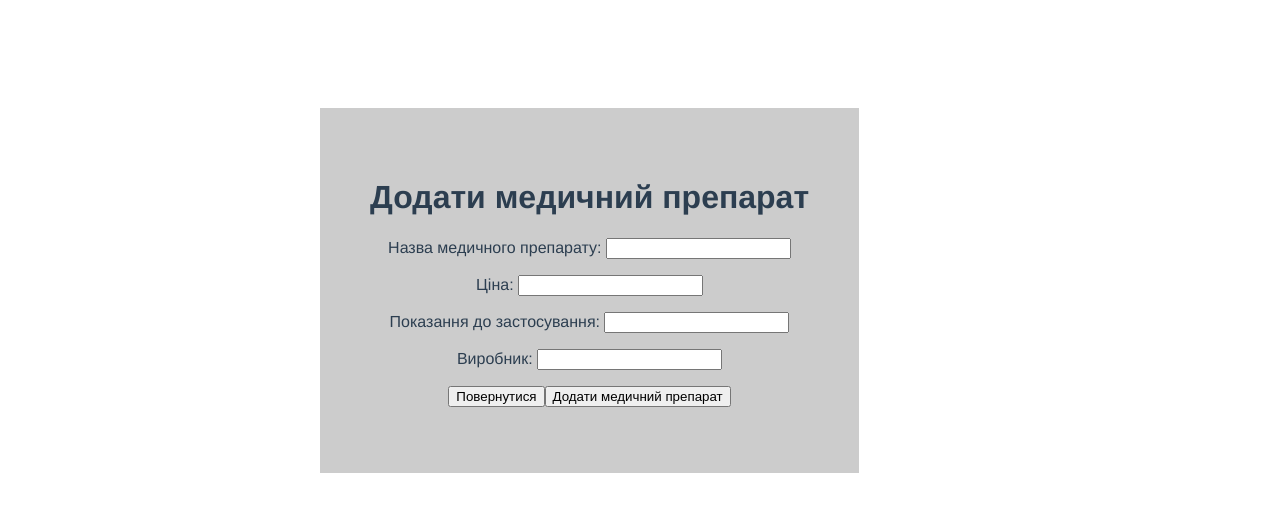
Repository: kristinap8/pharmacy
Page: /add_medicine
An editor plug-in stored every save of this project. The page is shown before and after the next save, followed by the edit.
The browser window is 1280 px wide. The pictures show the whole page.
The project was rebuilt for these pictures with package versions that can differ from the ones it lists, and the page was loaded fresh each time. Also part of the build but not shown: src/components/EditMedicineForm/index.vue, src/pages/EditMedicine/index.vue, src/components/MedicinesList/MedicineCard/index.vue, src/components/MedicinesList/index.vue, src/pages/AllMedicines/index.vue, src/components/CartForm/index.vue, src/pages/Cart/index.vue.

Above is the page before, as saved 2020-12-09 23:43:02.

### src/main.js
import Vue from 'vue'
import App from './App.vue'
import router from "./router"
import store from "./store"

Vue.config.productionTip = false

new Vue({
  store,
  router,
  render: h => h(App),
}).$mount('#app')

### src/App.vue
<template>
  <div id="app">
    <router-view/>
  </div>
</template>

<script>
export default {
  name: "App",
  components: {},
};
</script>

<style>
#app {
  font-family: Avenir, Helvetica, Arial, sans-serif;
  -webkit-font-smoothing: antialiased;
  -moz-osx-font-smoothing: grayscale;
  color: #2c3e50;
}
</style>

### src/router.js
import Vue from "vue";
import VueRouter from "vue-router";
import AddMedicine from "@/pages/AddMedicine";
import EditMedicine from "@/pages/EditMedicine";
import AllMedicines from "@/pages/AllMedicines";
import Cart from "@/pages/Cart";

Vue.use(VueRouter);

const routes=[
    {
        path:'/',
        name:'all-medicines',
        component:AllMedicines
    },
    {
        path:'/edit_medicine/:medicine_id',
        name:'edit-medicine',
        component:EditMedicine
    },
    {
        path:'/add_medicine',
        name:'add-medicine',
        component:AddMedicine
    },
    {
        path:'/cart',
        name:'cart',
        component:Cart
    },

]

const router=new VueRouter({
    mode:"history",
    routes
});

export default router;

### src/store/index.js
import Vue from "vue";
import Vuex from "vuex";
import { v4 as uuid_v4 } from 'uuid'

Vue.use(Vuex)
const store=new Vuex.Store({
    state:{
      medicinesList:[
          {
              id:1,
              name:'Но-шпа',
              price:60.48,
              requirements:"Спазми гладкої мускулатури, пов'язані з захворюваннями біліарного тракту: холецистолітіаз, холангіолітіаз, холецистит, перихолецистит, холангіт, папіліт. Спазми гладкої мускулатури при захворюваннях сечового тракту: нефролітіаз, уретролітіаз, пієліт, цистит, тенезми сечового міхура.",
              maker:"Chinoin (Угорщина)"

          },
          {
            id:2,
            name:"Діазолін",
            price:19.19,
            requirements:"Профілактика і лікування сезонного та алергічного риніту, полінозу, кропив'янки, харчової та медикаментозної алергії, дерматозів, що супроводжуються свербежем шкіри (екзема, нейродерміт).",
            maker:"Фармак ОАО (Україна, Київ)"

        },
        {
            id:3,
            name:"Амоксил",
            price:81.77,
            requirements:"Інфекції органів дихання, сечостатевої системи, травного тракту (у тому числі у комбінації з метронідазолом або кларитроміцином застосовують для лікування захворювань, асоційованих із Helicobacter pylori), шкіри та м’яких тканин, спричинені чутливими до лікарського засобу мікроорганізмами.",
            maker:"Киевмедпрепарат ОАО (Україна, Київ)"

        }
      ],
      cart:[],
      cartItemsCount:0
    },
    mutations:{
        addMedicine(state, data) {
            state.medicinesList.push({
             id: uuid_v4(),
             ...data,
           })
         },
         deleteMedicine(state,id){
             let medicines=state.medicinesList.filter(medicine=>medicine.id!=id)
             state.medicinesList=medicines;
         },
         editMedicine(state,medicine){
             state.medicinesList.forEach(m=>{
                 if(m.id==medicine.id){
                     m=medicine;
                 }
             } )
         },
         addToCart(state,medicine){
            let isMedicineExists=state.cart.find(m => m.id == medicine.id);

            if (isMedicineExists) {
                isMedicineExists.quantity ++;
                isMedicineExists.totalPrice = (isMedicineExists.quantity * isMedicineExists.price).toFixed(2);
            } else {
                state.cart.push(medicine);

                Vue.set(medicine, 'quantity', 1);
                Vue.set(medicine, 'totalPrice', medicine.price);
            }
             state.cartItemsCount++
         },
         deleteItemFromCart(state,medicine){
            let index = state.cart.indexOf(medicine);
            if (index > -1) {
                let item= state.cart[index];
                state.cartItemsCount -= item.quantity;
                state.cart.splice(index, 1);
            }
         }
    },
    actions:{
        addMedicine({ commit }, medicine) {
            commit('addMedicine', medicine)
         },
          deleteMedicine({commit},id){
              commit('deleteMedicine',id)
          },
          editMedicine({commit},medicine){
              commit('editMedicine',medicine)
          },
          addToCart({commit},medicine){
              commit('addToCart',medicine)
          },
          deleteItemFromCart({commit},medicine){
              commit("deleteItemFromCart",medicine)
          }

    },
    getters:{
        getMedicines:(state)=> state.medicinesList,
        getMedicineById:(state)=>(id)=>{return state.medicinesList.find(m=>m.id===id)},
        getMedicinesInCart:(state)=>state.cart,
     },
    modules:{

    }
})

export default store

### src/pages/AddMedicine/index.vue
<template>
    <div>
       <add-medicine-form/>
    </div>
</template>

<script>
import AddMedicineForm from "../../components/AddMedicineForm"
    export default {
        name:"AddMedicine",
        components: {
            AddMedicineForm,
        },
    }
</script>

<style lang="scss" scoped>

</style>

### src/components/AddMedicineForm/index.vue
<template>
    <div class="form">
        <h1>Додати медичний препарат</h1>
      <p class="form-row">
    <label>
        Назва медичного препарату:
        <input type="text" v-model="name"/>
    </label>
    </p>
    <p class="form-row">
    <label>
        Ціна:
        <input type="number" v-model="price"/>
    </label>
    </p>
    <p class="form-row">
    <label>
        Показання до застосування:
        <input type="text" v-model="requirements"/>
    </label>
    </p>
    <p class="form-row">
    <label>
        Виробник:
        <input type="text" v-model="maker"/>
    </label>
    </p>
    <p>
    <router-link to="/" tag="button" >Повернутися</router-link>
    <button @click="onAddMedicine" >
        Додати медичний препарат
    </button>
    </p>
    </div>
</template>

<script>
import { mapActions } from 'vuex'

    export default {
        name:"AddMedicineForm",
        data() {
            return {
            name: null,
            price: null,
            requirements: null,
            maker: null,
            }
        },
        methods: {
            ...mapActions(['addMedicine']),
            onAddMedicine() {
                const{name,price,requirements,maker}=this
                this.addMedicine({
                    name,
                    price,
                    requirements,
                    maker
                })
                this.$router.push('/')
            }
        },
    }
</script>

<style lang="scss" scoped>
.form{
    text-align: center;
    padding: 50px;
    background: #ccc;
    position: fixed;
    top: 15%; left: 25%;

}


</style>

Loaded but not shown: public/index.html (common file)

After the next save:
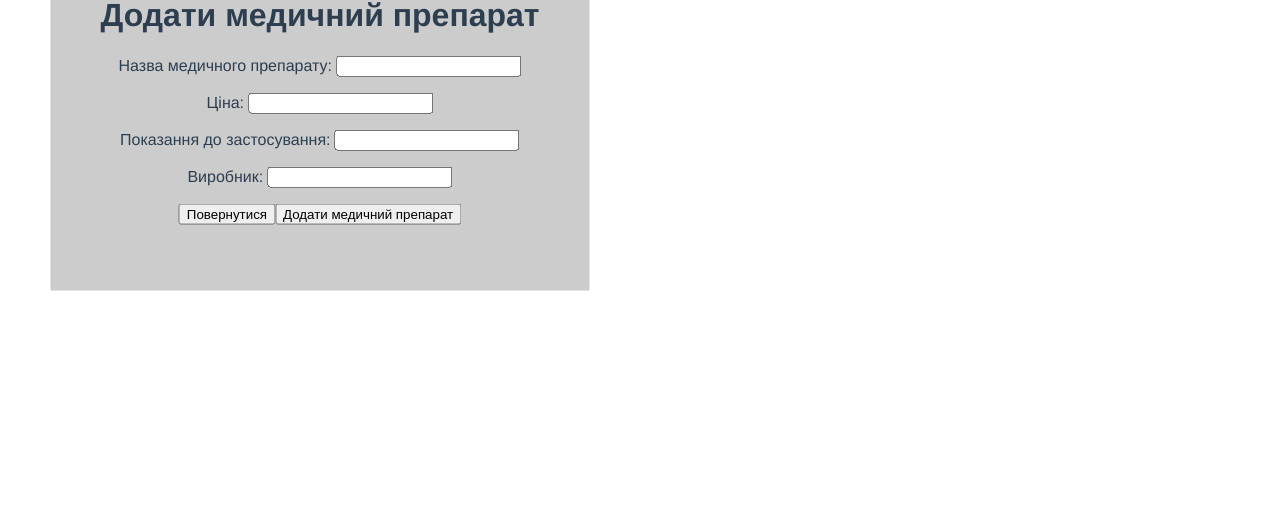
Saved 33 s later.
--- a/src/components/AddMedicineForm/index.vue
+++ b/src/components/AddMedicineForm/index.vue
@@ -70,6 +70,9 @@ import { mapActions } from 'vuex'
     background: #ccc;
     position: fixed;
     top: 15%; left: 25%;
+    -webkit-transform: translate(-50%, -50%);
+  -ms-transform: translate(-50%, -50%);
+  transform: translate(-50%, -50%);
 
 }
 
